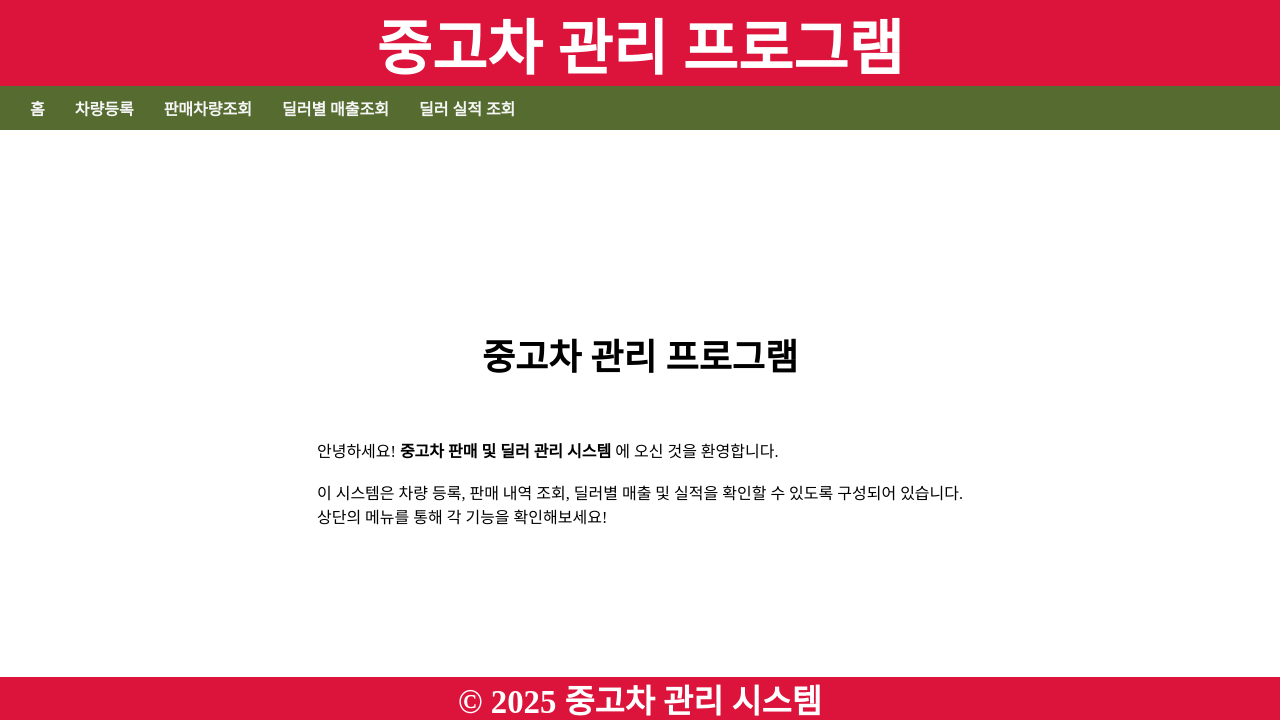
Repository: balhyo-younjisang/DigitechJSP
Page: http://localhost/car/
These files come from the project's save history. The page is drawn as it stood at one moment and after the next save; the edit follows.
The browser window is 1280 px wide. The pictures show the whole page.
The page is served by Tomcat 9.

Above is the page before, as saved 2025-04-17 06:44:10.

After the next save:
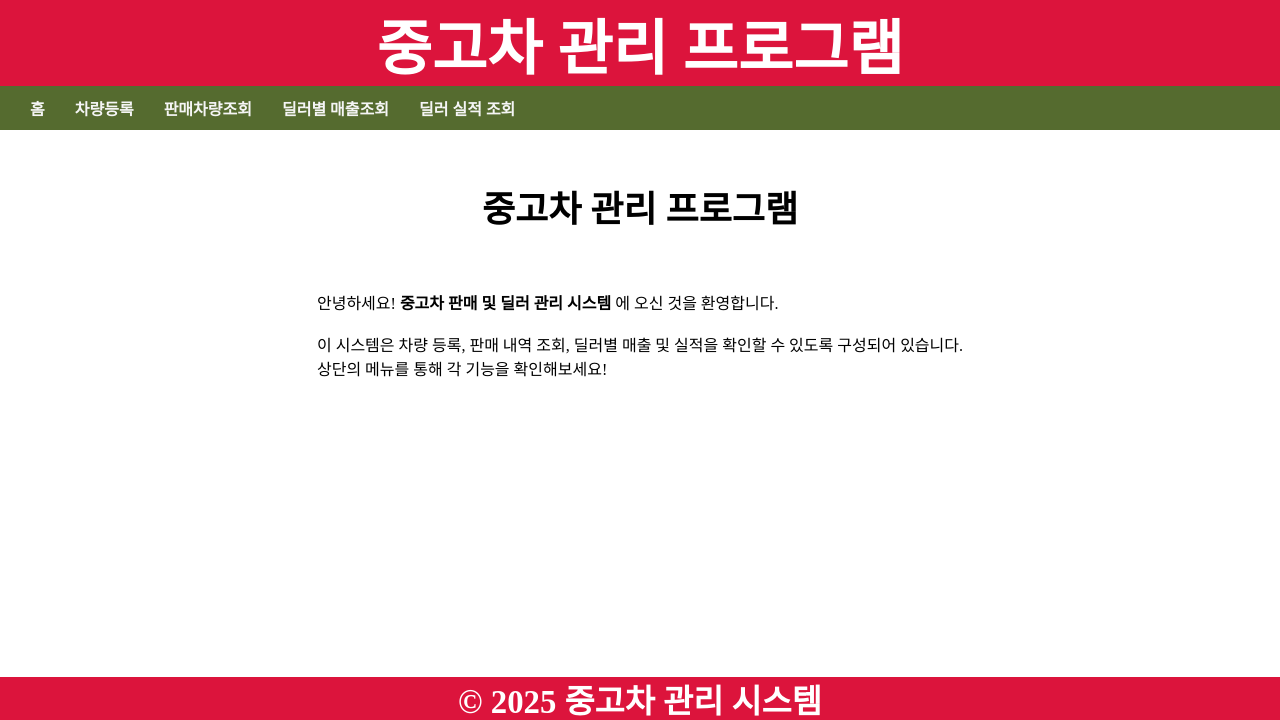
Saved 19 s later.
--- a/pizza0403/car/src/main/webapp/css/style.css
+++ b/pizza0403/car/src/main/webapp/css/style.css
@@ -50,7 +50,6 @@ main {
 	height: calc(100vh - 18vh - 6vh);
 	display: flex;
 	align-items: center;
-	justify-content: center;
 	flex-direction: column;
 }
 
